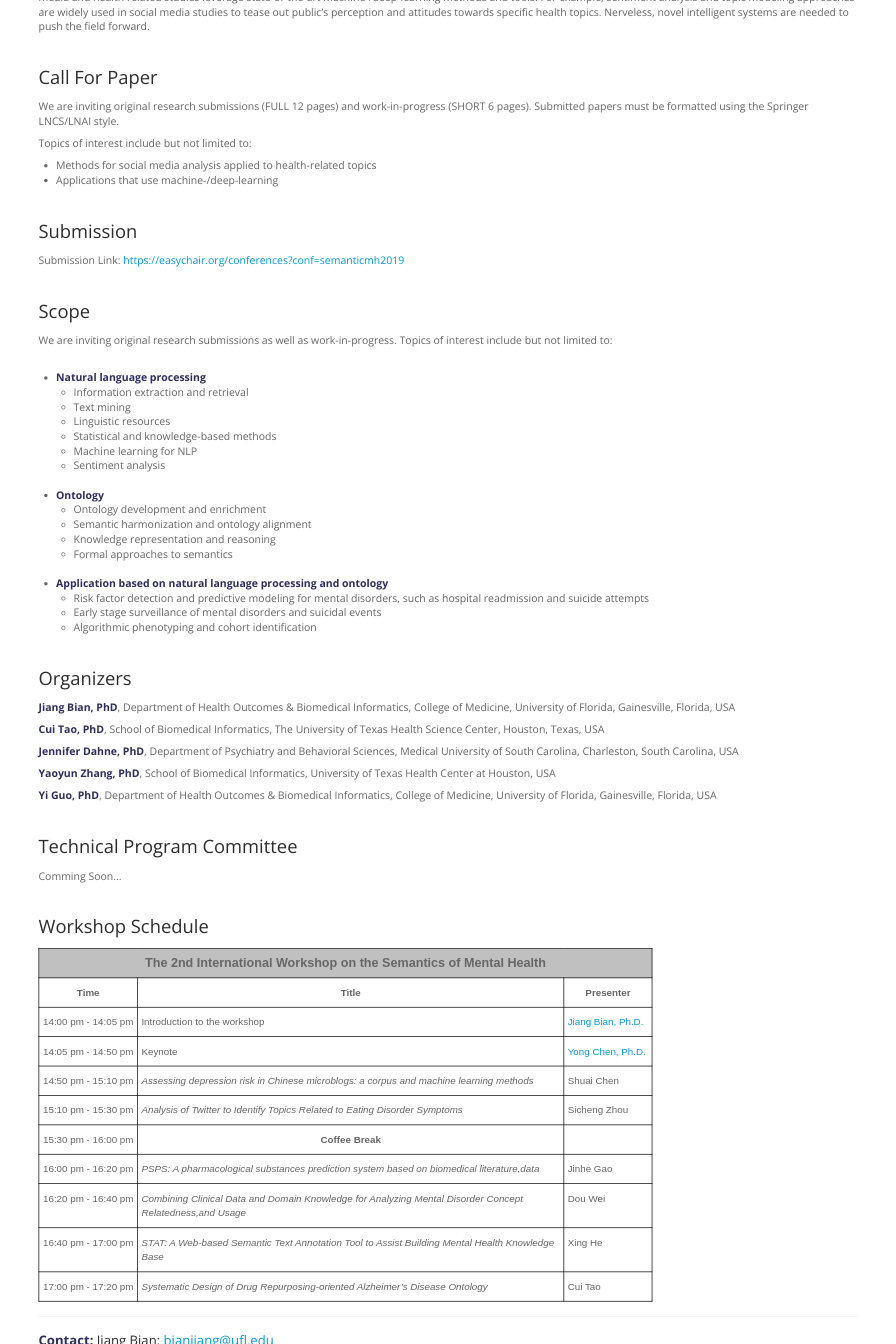
Repository: bianjiang/semantics-powered.org
Page: ISSWHR-2020/index.html
The author's editor kept a copy of each file at every save. The page is drawn from the files as they stood at one save, then again after a run of saves.
The browser window is 1280 px wide. The pictures show the part of the page from y = 679 to 2599 px (the page is 2685 px tall before and 2706 px after), at 70% of full size.
Some web libraries are served in a nearby version.

Above is the page before, as saved 2019-10-26 16:56:47.
Console error (its wording comes from the project's code and is left out).

### ISSWHR-2020/index.html
<!DOCTYPE html>
<!--[if lt IE 7]>      <html class="no-js lt-ie9 lt-ie8 lt-ie7"> <![endif]-->
<!--[if IE 7]>         <html class="no-js lt-ie9 lt-ie8"> <![endif]-->
<!--[if IE 8]>         <html class="no-js lt-ie9"> <![endif]-->
<!--[if gt IE 8]><!-->
<html class="no-js">
<!--<![endif]-->

<head>
  <meta charset="utf-8">
  <meta http-equiv="X-UA-Compatible" content="IE=edge,chrome=1">
  <title></title>
  <meta name="description" content="">
  <meta name="viewport" content="width=device-width">

  <link rel="stylesheet" href="css/bootstrap.min.css">
  <style>
    body {
      padding-top: 60px;
      padding-bottom: 40px;
    }
  </style>
  <link rel="stylesheet" href="css/bootstrap-responsive.min.css">
  <link rel="stylesheet" href="css/main.css">

  <script src="js/vendor/modernizr-2.6.2-respond-1.1.0.min.js"></script>
</head>

<body class="preview" id="top" data-spy="scroll" data-target=".subnav" data-offset="80">
  <!--[if lt IE 7]>
            <p class="chromeframe">You are using an <strong>outdated</strong> browser. Please <a href="http://browsehappy.com/">upgrade your browser</a> or <a href="http://www.google.com/chromeframe/?redirect=true">activate Google Chrome Frame</a> to improve your experience.</p>
        <![endif]-->

  <!-- This code is taken from http://twitter.github.com/bootstrap/examples/hero.html -->

  <div class="navbar navbar-fixed-top">
    <div class="navbar-inner">
      <div class="container">

        <a class="btn btn-navbar" data-toggle="collapse" data-target=".nav-collapse">
                        <span class="icon-bar"></span>
                        <span class="icon-bar"></span>
                        <span class="icon-bar"></span>
                    </a>
        <a class="brand" href="#">&nbsp;</a>
        <div class="nav-collapse collapse">
          <ul class="nav">
            <li class="active"><a href="#">Home</a></li>
            <!--
                            <li><a href="#aboutxx">About</a></li>
                            <li><a href="#contact">Contact</a></li>
                            -->
          </ul>
        </div>

      </div>

    </div>
  </div>

  <div class="container">

    <!-- Main hero unit for a primary marketing message or call to action -->
    <!--
            <div class="hero-unit">
                <h1>Hello, world!</h1>
                <p>This is a template for a simple marketing or informational website. It includes a large callout called the hero unit and three supporting pieces of content. Use it as a starting point to create something more unique.</p>
                <p><a class="btn btn-primary btn-large">Learn more &raquo;</a></p>
            </div>
            -->
    <!-- Masthead
================================================== -->
    <header class="jumbotron subhead" id="overview">
      <div class="row">
        <div class="span12">
          <br/>
          <h2>Intelligent Systems in Social Web and Health Research 2020 (ISSWHR 2020)</h2>
          <p>In conjunction with the <a href="https://jsasaki3.wixsite.com/ieaaie2020" target="_blank">The 33th International Conference on Industrial, Engineering & Other Applications of Applied Intelligent Systems</a> (IEA/AIE 2020)</p>
          <p>To be held in Kitakyushu, Japan</p>
          <p>July 21-24, 2020</p>
        </div>
        <div class="span6">
          <!--
      <div class="bsa well">
          <div id="bsap_1277971" class="bsarocks bsap_c466df00a3cd5ee8568b5c4983b6bb19"></div>
      </div>
    -->
        </div>
      </div>
      <div class="subnav">
        <ul class="nav nav-pills">
          <li><a href="#history">History</a></li>
          <li><a href="#overview">Overview</a></li>
          <!-- <li><a href="#audience">Audience</a></li> -->
          <li><a href="#callforpaper">Call For Paper</a></li>
          <li><a href="#submissions">Submission</a></li>
          <!-- <li><a href="#rational">Rational</a></li>
          <li><a href="#workshopstructure">Workshop Structure</a></li> -->
          <!-- <li><a href="#publicity">Publicity</a></li> -->
          <li><a href="#scope">Scope</a></li>
          <li><a href="#organizers">Organizers</a></li>
          <li><a href="#techprogcom">Technical Program Committee</a></li>
        </ul>
      </div>
    </header>

    <!-- <section id="History">
      <div class="row">
        <div class="span12">
          <h3>History</h3>
          <p>The 1st International Workshop on the Semantics of Mental Health (SemanticMH 2018) was successfully organized and hosted in conjunction with the sixth IEEE International Conference on Healthcare Informatics (ICHI 2018) on June 7th, 2018 in New York City, NY, USA.  Overall, we received 7 high quality submissions and we accepted 6 of them.  The accepted papers were published in the IEEE ICHI 2018 workshop proceedings; and we invited the authors of these 6 accepted papers to submit an extended journal version to a special issue (“Special Issue: Semantics of Mental Health”) in the Health Informatics Journal (IF 3.021).
           All authors presented their work in ICHI 2018; and we have invited two keynote speakers (i.e., Drs. Jessie Tenenbaum and Piper Ranallo) from the Mental Health Informatics Working Group (WG) of the American Medical Informatics Association (AMIA) to present a report from the WG titled, “Mental Health Informatics and Knowledge Representation.”  Overall, SemanticsMH 2018 was highly successful and facilitated the exchange of scholar ideas from a group of interdisciplinary researches.
        </p>
        </div>
      </div>
    </section> -->

    <section id="overview">
      <div class="row">
        <div class="span12">
          <h3>Overview</h3>
          <p>Many health behaviors and decisions, despite being an individual choice, are often influenced by social and cultural context.  As people's activities and communication on the Web increase, information about their social activities and interactions become more available.  User-generated contents on the social web including Twitter, Facebook, Instagram, web sites, and blogs, as well as the future semantic web, afford us enormous opportunity for health-related research.  Today’s researchers are mining these big datasets for patterns and trends that can lead to new hypotheses, new discoveries, and new interventions.  How can you tap into the wealth of social web data to understand the intersections of individual behaviors, social-environmental factors, and social interactions to answer scientific questions?  How can you leverage the new communication landscape (Internet penetration, online communities, social media, and wikis) to design health interventions and improve measurement of outcomes (e.g., clinical trial recruitment, risk perception, decision making, and attitudes)?

            Nevertheless, there are also numerous challenges in using social web data for health-related research.  For example, social web users are different from the general population.  Twitter users are younger than the general population.  Thus, the representativeness of social media populations should be carefully considered when interpreting study findings.  The presence of bots and fake accounts may also distort the representativeness of our findings.  Further, the way how social media data are collected may lead to variations in the sampling units in social media studies, which may lead to data selection bias.  An adequate understanding of the inherent limitations in social media data is always important.

            Many social media and health related studies leverage state-of-the-art machine-/deep-learning methods and tools.  For example, sentiment analysis and topic modeling approaches are widely used in social media studies to tease out public’s perception and attitudes towards specific health topics.  Nerveless, novel intelligent systems are needed to push the field forward.
            </p>
        </div>
      </div>
    </section>

    <!-- <section id="audience">
      <div class="row">
        <div class="span12">
          <h3>Audience</h3>
          <p>The goal of this workshop is to bring experts in the field of natural language processing, knowledge representation, knowledge management, and health data analytics to discuss innovative analytical methods, applications, and tools to address problems in mental health.
        </p>
        </div>
      </div>
    </section> -->

    <section id="callforpaper">
      <div class="row">
        <div class="span12">
          <h3>Call For Paper</h3>
          <p>We are inviting original research submissions (FULL 12 pages) and work-in-progress (SHORT 6 pages).  Submitted papers must be formatted using the Springer LNCS/LNAI style.</p>
          <p>Topics of interest include but not limited to:</p>
          <ul>
            <li>Methods for social media analysis applied to health-related topics

            </li>
            <li>Applications that use machine-/deep-learning</li>
          </ul>
        </div>
      </div>
    </section>

    <section id="submissions">
      <div class="row">
        <div class="span12">
          <h3>Submission</h3>
          <p>Submission Link: <a href="https://easychair.org/conferences?conf=semanticmh2019" target="_blank">https://easychair.org/conferences?conf=semanticmh2019</a></p>
        </div>
      </div>
    </section>
    <!-- <section id="rational">
      <div class="row">
        <div class="span12">
          <h3>Rational</h3>
          <p>Our proposed workshop aims to provide an international platform for the researchers and scientists in the mental health communities to demonstrate research progresses, share ideas, address questions, and promote collaborations for better representation and analysis of mental health-related terminologies and clinical and research data.
        </p>
        </div>
      </div>
    </section> -->

    <!-- <section id="workshopstructure">
      <div class="row">
        <div class="span12">
          <h3>Workshop Structure</h3>
          <p>We propose a half-day SemanticMH workshop for this year. We will arrange 3 hours for paper presentations and 1 hour for extensive discussions. Different sessions will be arranged based on the topics of presentations. Depending on the number of papers accepted for presentation, each paper presentation will be restricted to 10-25 minutes for a full-length paper, and 5-15 minutes for a short-length paper. All the papers will be submitted and handled through EasyChair and go through peer reviews by at least two reviewers. After the full papers are accepted, we will work with the Health Informatics editors and reviewers to decide which papers will be formally invited for extension to be included in a thematic series in the Health Informatics journal.
        </p>
        </div>
      </div>
    </section>


    <section id="publicity">
      <div class="row">
        <div class="span12">
          <h3>Publicity</h3>
          <p>Various methods will be used for advertisement, including: (i) posting in email mailing lists and through private emails; (ii) creating a workshop discussion email list address and using it for sharing news and posting, (iii) posting in influential websites, (iv) phone calls to colleagues and friends who may be interested, (v) generating a workshop website dedicated to this event, and inviting potential attendees to visit, and (vi) generating a social networking website in LinkedIn to attract public attention, participation, and discussion. The main difference between the workshop website and the LinkedIn website will be that the workshop website is dedicated for posting the workshop information, and the LinkedIn website is used for social networking.
        </p>
        </div>
      </div>
    </section> -->

    <section id="scope">

      <div class="row">
        <div class="span12">
          <h3>Scope</h3>
          <p>We are inviting original research submissions as well as work-in-progress.
            Topics of interest include but not limited to:
          </p>
          <br>
          <ul>
            <li>
              <b>Natural language processing</b>
              <ul>
                <li>Information extraction and retrieval </li>
                <li>Text mining</li>
                <li>Linguistic resources</li>
                <li>Statistical and knowledge-based methods</li>
                <li>Machine learning for NLP</li>
                <li>Sentiment analysis</li>
              </ul>
            </li>
            <br>
            <li>
              <b>Ontology</b>
              <ul>
                <li>Ontology development and enrichment </li>
                <li>Semantic harmonization and ontology alignment</li>
                <li>Knowledge representation and reasoning</li>
                <li>Formal approaches to semantics</li>
              </ul>
            </li>
            <br>
            <li>
              <b>Application based on natural language processing and ontology</b>
              <ul>
                <li>Risk factor detection and predictive modeling for mental disorders, such as hospital readmission and suicide attempts</li>
                <li>Early stage surveillance of mental disorders and suicidal events </li>
                <li>Algorithmic phenotyping and cohort identification </li>
              </ul>
            </li>
          </ul>


        </div>
      </div>
    </section>

    <section id="organizers">
      <div class="row">
        <div class="span12">
          <h3>Organizers</h3>
          <p><b>Jiang Bian, PhD</b>, Department of Health Outcomes & Biomedical Informatics, College of Medicine, University of Florida, Gainesville, Florida, USA</p>
          <p><b>Cui Tao, PhD</b>, School of Biomedical Informatics, The University of Texas Health Science Center, Houston, Texas, USA</p>
          <p><b>Jennifer Dahne, PhD</b>, Department of Psychiatry and Behavioral Sciences, Medical University of South Carolina, Charleston, South Carolina, USA</p>
          <p><b>Yaoyun Zhang, PhD</b>, School of Biomedical Informatics, University of Texas Health Center at Houston, USA</p></p>
          <p><b>Yi Guo, PhD</b>, Department of Health Outcomes & Biomedical Informatics, College of Medicine, University of Florida, Gainesville, Florida, USA</p></p>
        </div>
      </div>
    </section>

    <section id="techprogcom">
      <div class="row">
        <div class="span12">
          <h3>Technical Program Committee</h3>
          <p>Comming Soon...</p>
        </div>
      </div>
    </section>

    <section id="schedule">
      <div class="row">
        <div class="span12">
          <h3>Workshop Schedule</h3>
          <div>
            <style type="text/css">
              .tg  {border-collapse:collapse;border-spacing:0;}
              .tg td{font-family:Arial, sans-serif;font-size:14px;padding:10px 5px;border-style:solid;border-width:1px;overflow:hidden;word-break:normal;border-color:black;}
              .tg th{font-family:Arial, sans-serif;font-size:14px;font-weight:normal;padding:10px 5px;border-style:solid;border-width:1px;overflow:hidden;word-break:normal;border-color:black;}
              .tg .tg-s6z2{text-align:center}
              .tg .tg-baqh{text-align:center;vertical-align:top}
              .tg .tg-j8xs{font-weight:bold;font-size:18px;background-color:#c0c0c0;text-align:center;vertical-align:top}
              .tg .tg-hgcj{font-weight:bold;text-align:center}
              .tg .tg-amwm{font-weight:bold;text-align:center;vertical-align:top}
              .tg .tg-s268{text-align:left}
              .tg .tg-0lax{text-align:left;vertical-align:top}
              .tg .tg-8zwo{font-style:italic;text-align:left;vertical-align:top}
              </style>
              <table class="tg" style="undefined;table-layout:fixed;width:876px;">
              <colgroup>
              <col style="width: 141px">
              <col style="width: 609px">
              <col style="width: 126px">
              </colgroup>
                <tr>
                  <th class="tg-j8xs" colspan="3">The 2nd International Workshop on the Semantics of Mental Health</th>
                </tr>
                <tr>
                  <td class="tg-hgcj">Time</td>
                  <td class="tg-hgcj">Title</td>
                  <td class="tg-amwm">Presenter</td>
                </tr>
                <tr>
                  <td class="tg-s6z2">14:00 pm - 14:05 pm</td>
                  <td class="tg-s268">Introduction to the workshop</td>
                  <td class="tg-0lax"><a target="_blank" href="https://hobi.med.ufl.edu/about/faculty-directory-2/bian-jiang/">Jiang Bian, Ph.D.</a></td>
                </tr>
                <tr>
                  <td class="tg-s6z2">14:05 pm - 14:50 pm</td>
                  <td class="tg-s268">Keynote</td>
                  <td class="tg-0lax"><a target="_blank" href="https://dbe.med.upenn.edu/biostat-research/YongChen">Yong Chen, Ph.D.</a></td>
                </tr>
                <tr>
                  <td class="tg-baqh">14:50 pm - 15:10 pm</td>
                  <td class="tg-8zwo">Assessing depression risk in Chinese microblogs: a corpus and machine learning methods</td>
                  <td class="tg-0lax">Shuai Chen</td>
                </tr>
                <tr>
                  <td class="tg-baqh">15:10 pm - 15:30 pm</td>
                  <td class="tg-8zwo">Analysis of Twitter to Identify Topics Related to Eating Disorder Symptoms</td>
                  <td class="tg-0lax">Sicheng Zhou</td>
                </tr>
                <tr>
                  <td class="tg-baqh">15:30 pm - 16:00 pm</td>
                  <td class="tg-amwm">Coffee Break</td>
                  <td class="tg-0lax"></td>
                </tr>
                <tr>
                  <td class="tg-baqh">16:00 pm - 16:20 pm</td>
                  <td class="tg-8zwo">PSPS: A pharmacological substances prediction system based on biomedical literature,data</td>
                  <td class="tg-0lax">Jinhe Gao</td>
                </tr>
                <tr>
                  <td class="tg-baqh">16:20 pm - 16:40 pm</td>
                  <td class="tg-8zwo">Combining Clinical Data and Domain Knowledge for Analyzing Mental Disorder Concept Relatedness,and Usage</td>
                  <td class="tg-0lax">Dou Wei</td>
                </tr>
                <tr>
                  <td class="tg-baqh">16:40 pm - 17:00 pm</td>
                  <td class="tg-8zwo">STAT: A Web-based Semantic Text Annotation Tool to Assist Building Mental Health Knowledge Base</td>
                  <td class="tg-0lax">Xing He</td>
                </tr>
                <tr>
                  <td class="tg-baqh">17:00 pm - 17:20 pm</td>
                  <td class="tg-8zwo">Systematic Design of Drug Repurposing-oriented Alzheimer’s Disease Ontology</td>
                  <td class="tg-0lax">Cui Tao</td>
                </tr>
              </table>
          </div>
        </div>
      </div>
    </section>
    <hr>
    <h4><b>Contact:</b> Jiang Bian; <a href="mailto:bianjiang@ufl.edu">bianjiang@ufl.edu</a></h4>
    <footer>
      <p>&copy; SemanticMH 2019</p>
    </footer>

  </div>
  <!-- /container -->

  <script src="//ajax.googleapis.com/ajax/libs/jquery/1.9.1/jquery.min.js"></script>
  <script>
    window.jQuery || document.write('<script src="js/vendor/jquery-1.9.1.min.js"><\/script>')
  </script>

  <script src="js/vendor/bootstrap.min.js"></script>

  <script src="js/plugins.js"></script>
  <script src="js/main.js"></script>
  <script>
      (function (i, s, o, g, r, a, m) {
i['GoogleAnalyticsObject'] = r; i[r] = i[r] || function () {
        (i[r].q = i[r].q || []).push(arguments)
      }, i[r].l = 1 * new Date(); a = s.createElement(o),
        m = s.getElementsByTagName(o)[0]; a.async = 1; a.src = g; m.parentNode.insertBefore(a, m)
      })(window, document, 'script', 'https://www.google-analytics.com/analytics.js', 'ga');

    ga('create', 'UA-50982144-4', 'auto');
    ga('send', 'pageview');
  </script>
</body>

</html>

Loaded but not shown: ISSWHR-2020/css/bootstrap.min.css (library); ISSWHR-2020/css/bootstrap-responsive.min.css (library); ISSWHR-2020/js/vendor/modernizr-2.6.2-respond-1.1.0.min.js (library); ISSWHR-2020/js/vendor/bootstrap.min.js (library); ISSWHR-2020/js/main.js (95 lines, source omitted); ISSWHR-2020/js/plugins.js (24 lines, source omitted); ISSWHR-2020/css/main.css (463 lines, source omitted)

After the next 2 saves:
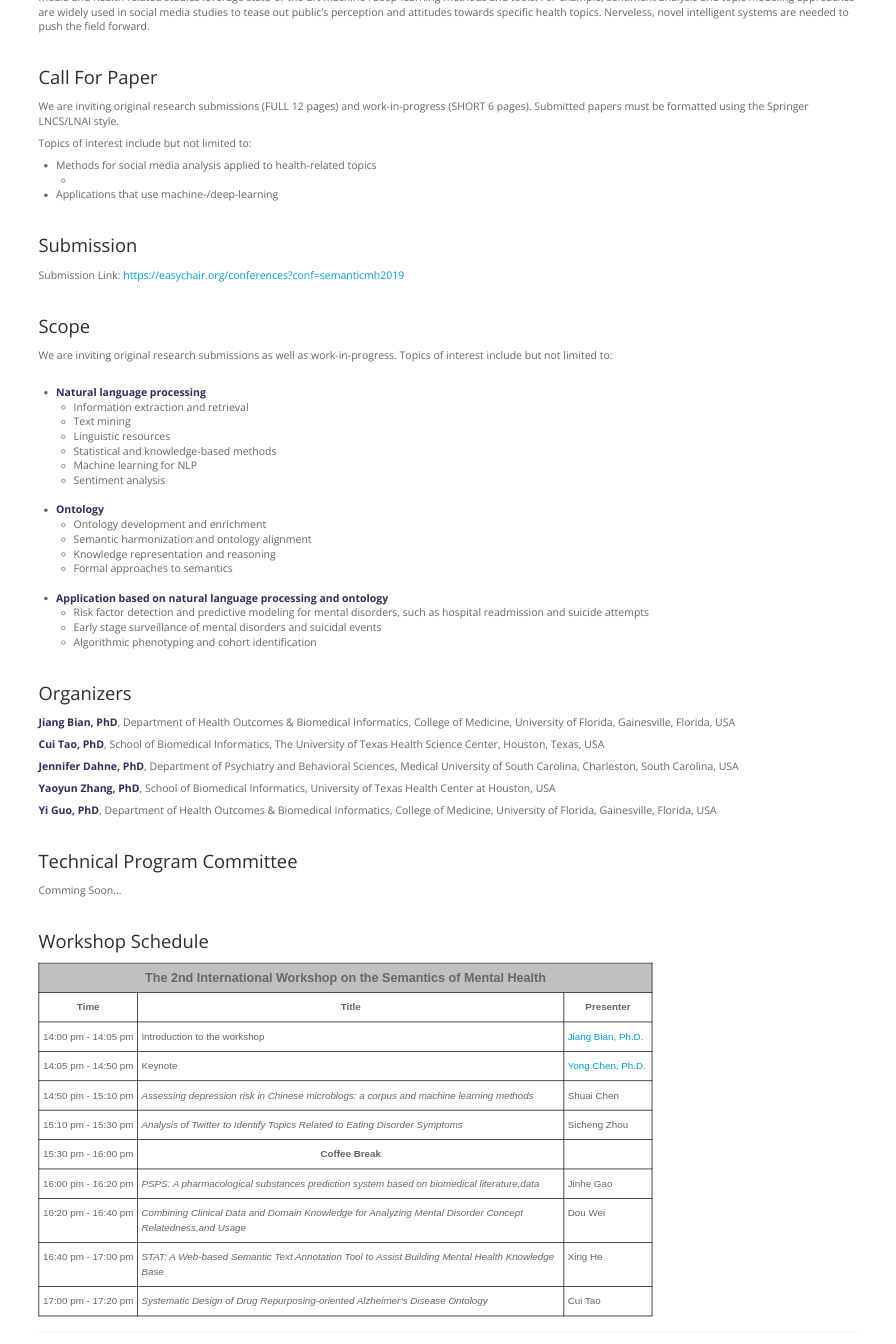
The 2 saves are shown as one change because they came seconds apart.
The last was saved 7 s later.
--- a/ISSWHR-2020/index.html
+++ b/ISSWHR-2020/index.html
@@ -147,7 +147,9 @@
           <p>Topics of interest include but not limited to:</p>
           <ul>
             <li>Methods for social media analysis applied to health-related topics
-
+              <ul>
+                <li></li>
+              </ul>
             </li>
             <li>Applications that use machine-/deep-learning</li>
           </ul>
